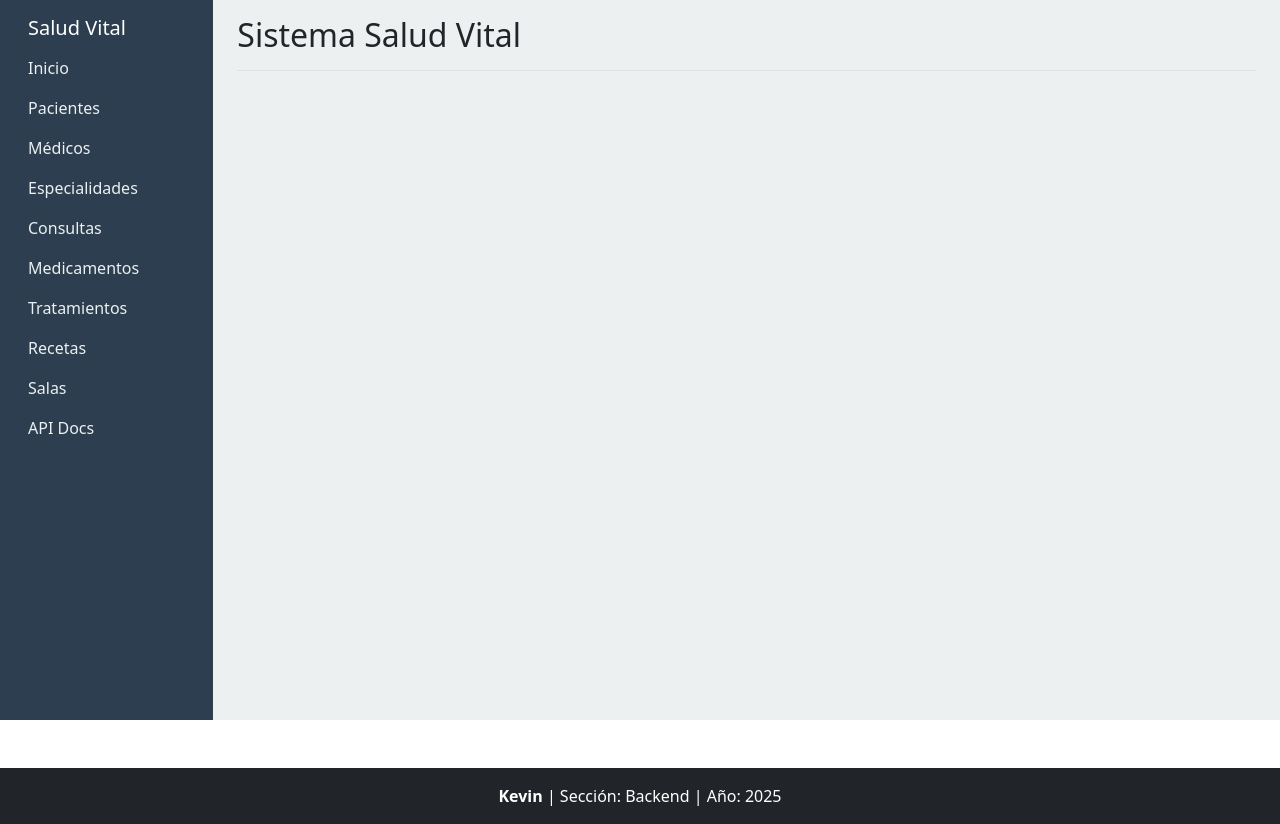
Repository: KeviNozh/eva2_clinica
Page: templates/base.html
An editor plug-in stored every save of this project. The page is shown before and after the next save, followed by the edit.
The browser window is 1280 px wide. The pictures show the whole page.
The template is drawn by Django 5.2. The application's start-up code is not run. The template is opened directly, without the code that normally fills it, so the values that code supplies are empty.

Above is the page before, as saved 2025-10-13 23:22:48.

After the next save:
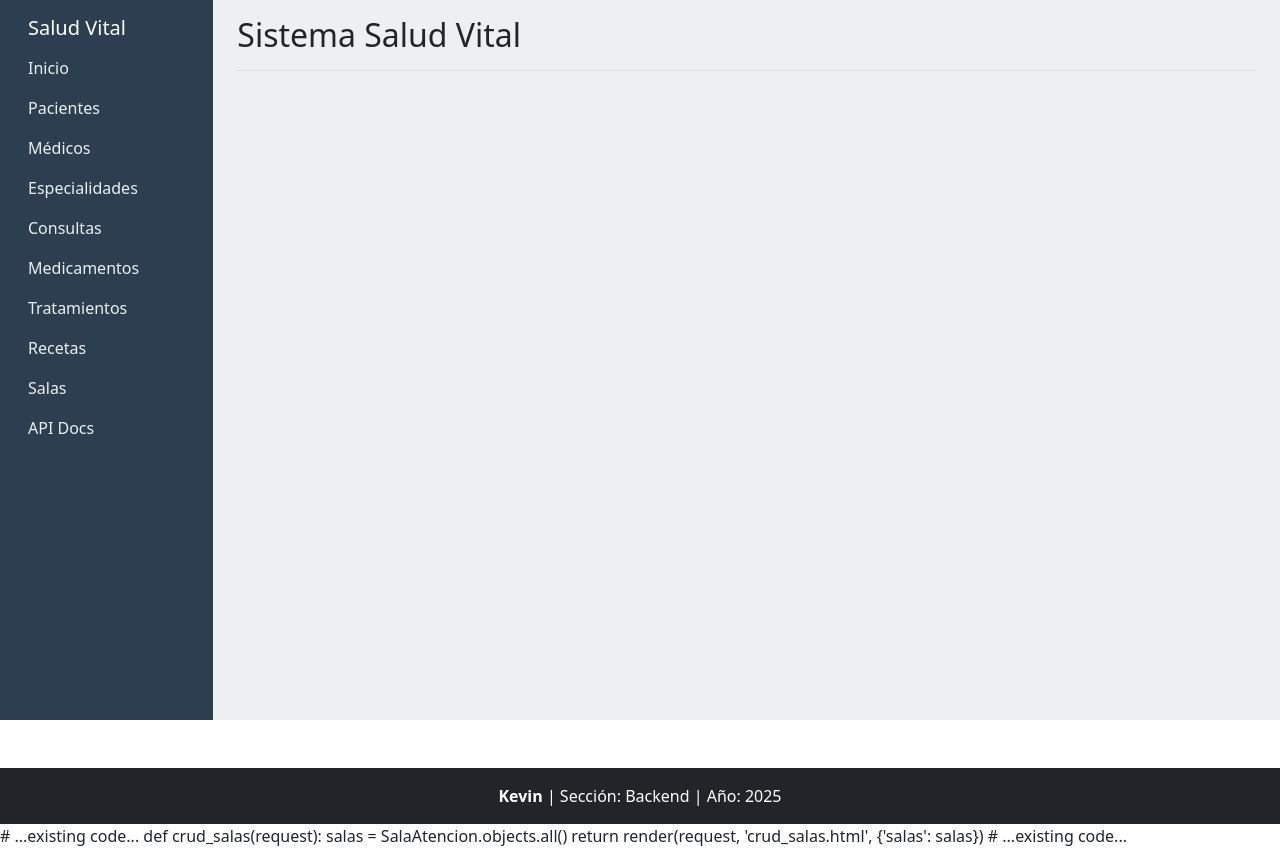
Saved 4 min 21 s later.
--- a/templates/base.html
+++ b/templates/base.html
@@ -101,4 +101,10 @@
     {% block scripts %}
     {% endblock %}
 </body>
-</html>
+</html># ...existing code...
+
+def crud_salas(request):
+    salas = SalaAtencion.objects.all()
+    return render(request, 'crud_salas.html', {'salas': salas})
+
+# ...existing code...
